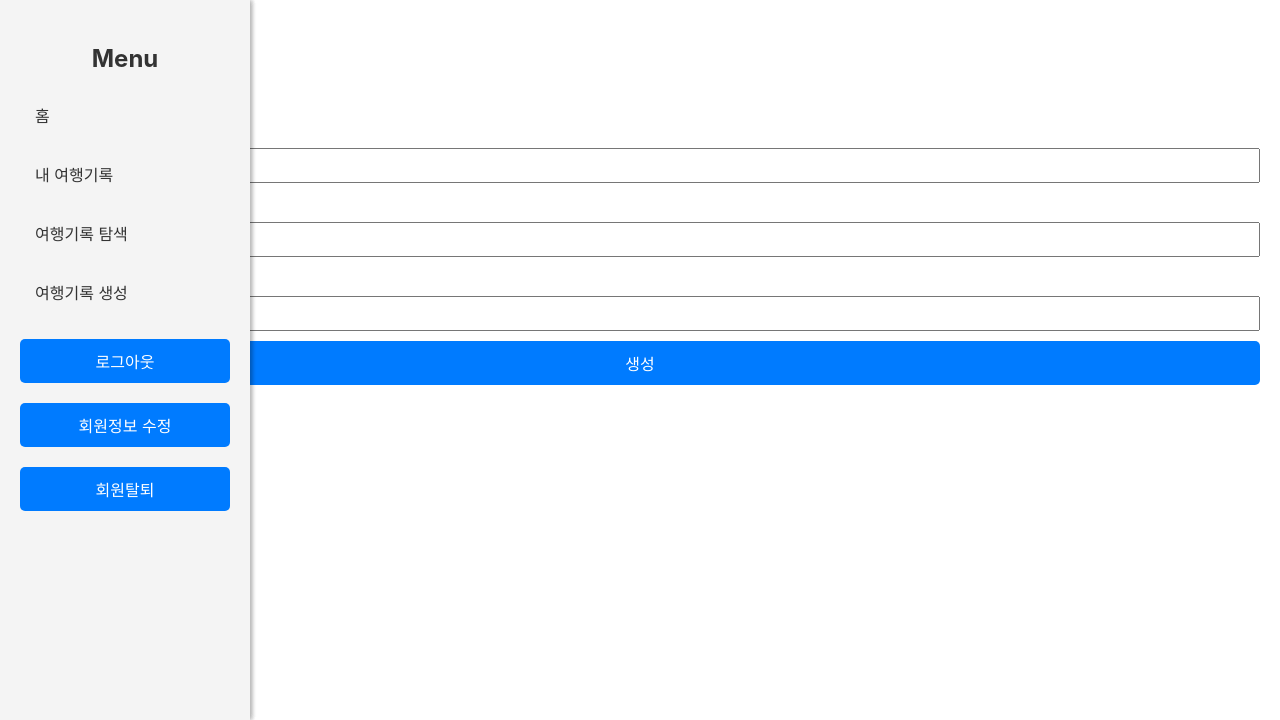
Repository: gimm5550/frontend2
Page: /register
These files come from the project's save history. The page is drawn as it stood at one moment and after the next save; the edit follows.
The browser window is 1280 px wide. The pictures show the whole page.
The project was rebuilt for these pictures with package versions that can differ from the ones it lists, and the page was loaded fresh each time. Also part of the build but not shown: src/url.js, src/components/common/KakaoLoginButton.js, src/components/FromServer.js, src/components/common/Footer.js, src/components/common/Header.js, src/components/layout/LandingPageLayout.js, src/components/LoginForm.js, src/components/layout/LoginFormLayout.js and 22 more.

Above is the page before, as saved 2024-11-20 15:30:30.

### public/index.html
<!DOCTYPE html>
<html lang="en">
  <head>
    <meta charset="utf-8" />
    <link rel="icon" href="%PUBLIC_URL%/favicon.ico" />
    <meta name="viewport" content="width=device-width, initial-scale=1" />
    <meta name="theme-color" content="#000000" />
    <meta
      name="description"
      content="Web site created using create-react-app"
    />
    <link rel="apple-touch-icon" href="%PUBLIC_URL%/logo192.png" />
    <!--
      manifest.json provides metadata used when your web app is installed on a
      user's mobile device or desktop. See https://developers.google.com/web/fundamentals/web-app-manifest/
    -->
    <link rel="manifest" href="%PUBLIC_URL%/manifest.json" />
    <!--
      Notice the use of %PUBLIC_URL% in the tags above.
      It will be replaced with the URL of the `public` folder during the build.
      Only files inside the `public` folder can be referenced from the HTML.

      Unlike "/favicon.ico" or "favicon.ico", "%PUBLIC_URL%/favicon.ico" will
      work correctly both with client-side routing and a non-root public URL.
      Learn how to configure a non-root public URL by running `npm run build`.
    -->
    <title>React App</title>
    <script src="https://developers.kakao.com/sdk/js/kakao.min.js"></script> <!-- 카카오 SDK 추가 -->
  </head>
  <body>
    <noscript>You need to enable JavaScript to run this app.</noscript>
    <div id="root"></div>
    <!--
      This HTML file is a template.
      If you open it directly in the browser, you will see an empty page.

      You can add webfonts, meta tags, or analytics to this file.
      The build step will place the bundled scripts into the <body> tag.

      To begin the development, run `npm start` or `yarn start`.
      To create a production bundle, use `npm run build` or `yarn build`.
    -->
  </body>
</html>

### src/index.js
import React from 'react';
import ReactDOM from 'react-dom/client';
import './index.css';
import App from './App';
import reportWebVitals from './reportWebVitals';
import { BrowserRouter } from 'react-router-dom';
// 카카오 SDK 초기화
if (window.Kakao) {
  window.Kakao.init("629a046bf0fa611328bd69bc1571aa3a"); // 카카오 JavaScript 키로 SDK 초기화
  console.log("Kakao SDK initialized:", window.Kakao.isInitialized());
}
const root = ReactDOM.createRoot(document.getElementById('root'));
root.render(
  <React.StrictMode>
    <BrowserRouter>
      <App />
    </BrowserRouter>
  </React.StrictMode>
);

// If you want to start measuring performance in your app, pass a function
// to log results (for example: reportWebVitals(console.log))
// or send to an analytics endpoint. Learn more: https://bit.ly/CRA-vitals
reportWebVitals();

### src/App.js
import React from 'react';
import './App.css';
import { Route, Routes, useLocation } from 'react-router-dom';
import LandingPageLayout from './components/layout/LandingPageLayout';
import routes from './routes';
import { AuthProvider } from './AuthContext'; // AuthProvider import
import MenuBar from "./components/common/MenuBar";

function App() {
  const location = useLocation(); // React Router의 useLocation 훅 사용

  const getRoutes = (allRoutes) =>
    allRoutes.map((route) => {
      if (route.route) {
        return (
          <Route
            exact
            path={route.route}
            element={route.component}
            key={route.key}
          />
        );
      }
      return null;
    });

  return (
    <div className="App">
      <AuthProvider>
        {/* Flexbox 컨테이너 */}
        <div className="layout">
          <div class="menu-bar">
            <MenuBar></MenuBar>
          </div>
          {/* 오른쪽 본문 */}
          <div className="main-content1">
            <Routes>
              {getRoutes(routes)}
              <Route path="*" element={<LandingPageLayout />} />
            </Routes>
          </div>
        </div>
      </AuthProvider>
    </div>
  );
}

export default App;

### src/App.css
/* 전체 Flexbox 레이아웃 */
.layout {
  display: flex; /* 메뉴바와 본문을 가로로 배치 */
  height: 100vh; /* 전체 화면 높이 */
  margin: 0;
  padding: 0;
  overflow: hidden; /* 스크롤바 숨김 */
}

/* 메뉴바 스타일 */
.menu-bar {
  flex-shrink: 0; /* 고정된 크기 유지 */
  width: 250px; /* 메뉴바 너비 */
  height: 100vh; /* 메뉴바 높이를 화면 전체에 맞춤 */
  background-color: #f4f4f4; /* 메뉴바 배경색 */
  box-shadow: 2px 0 5px rgba(0, 0, 0, 0.1); /* 그림자 효과 */
  overflow-y: auto; /* 스크롤 가능 */
  box-sizing: border-box; /* 패딩 포함 크기 계산 */
  position: relative; /* Flexbox 레이아웃 안에서 위치 고정 */
  z-index: 10; /* 다른 요소 위에 배치 */
}

/* 본문 영역 스타일 */
.main-content1 {
  flex: 1; /* 남은 공간을 유동적으로 채움 */
  overflow-y: auto; /* 세로 스크롤 허용 */
  padding: 20px; /* 내부 여백 */
  background-color: #ffffff; /* 본문 배경색 */
  box-sizing: border-box; /* 패딩 포함 크기 계산 */
}

/* 여백 제거 */
body, html {
  margin: 0;
  padding: 0;
  width: 100%;
  height: 100%;
}

### src/routes.js
import LoginFormLayout from "./components/layout/LoginFormLayout";
import UserDetailLayout from "./components/layout/UserDetailLayout";
import RegisterFormLayout from "./components/layout/RegisterFormLayout";
import MainListLayout from "./components/layout/MainListLayout"; // community_detail
import CommunityDetailLauout from "./components/layout/community_detailLayout";
import NewCommunityLayout from "./components/layout/NewCommunityLayout";
import CommunityViewLayout from "./components/layout/CommunityViewLayout"; // AdminClient
import AdminClientLayout from "./components/layout/AdminClientLayout";
import EditFormLayout from "./components/layout/EditFormLayout";
import GoogleMapLayout from "./components/layout/GoogleMapLayout"; // MyTravelLayout
import MyTravelLayout from "./components/layout/MyTravelLayout";
import MyTravelLayout_BypolylineId from "./components/layout/MyTravelLayout_BypolylineId";
import TravelLayout from "./components/layout/TravelLayout";
const routes = [
    {
        name:"UserDetail",
        key:"userDetail",
        route:"/user-detail/:userId",
        component:<UserDetailLayout></UserDetailLayout>
    },
    {
        name:"LoginForm",
        key:"loginForm",
        route:"/login",
        component:<LoginFormLayout></LoginFormLayout>
    },
    {
        name:"RegisterForm",
        key:"RegisterForm",
        route:"/register",
        component:<RegisterFormLayout></RegisterFormLayout>
    },
    {
        name:"MainList",
        key:"MainList",
        route:"/mainlist",
        component:<MainListLayout></MainListLayout>
    },
    {
        name:"community_detail",
        key:"community_detail",
        route:"/community_detail",
        component:<CommunityDetailLauout></CommunityDetailLauout>
    },
    {
        name:"new_community",
        key:"new_community",
        route:"/new_community",
        component:<NewCommunityLayout></NewCommunityLayout>
    },
    {
        name:"CommunityView",
        key:"CommunityView",
        route:"/CommunityView",
        component:<CommunityViewLayout></CommunityViewLayout>
    },
    {
        name: "CommunityView",
        key: "communityView",
        route: "/CommunityView/:id", // ID를 URL 매개변수로 받도록 수정
        component: <CommunityViewLayout></CommunityViewLayout>
    },
    {
        name: "AdminClient",
        key: "AdminClient",
        route: "/AdminClient/:id", // ID를 URL 매개변수로 받도록 수정
        component: <AdminClientLayout></AdminClientLayout>
    },
    {
        name: "community_detail",
        key: "community_detail",
        route: '/community_detail/:id', // ID를 URL 매개변수로 받도록 수정
        component: <CommunityDetailLauout></CommunityDetailLauout>
    },
    {
        name: "new_community",
        key: "new_community",
        route: '/new_community/:id', // ID를 URL 매개변수로 받도록 수정 `/CommunityView/${id}/${communityId}`
        component: <NewCommunityLayout></NewCommunityLayout>
    },
    {
        name: "new_community",
        key: "new_community",
        route: '/CommunityView/:id/:communityId',
        component: <CommunityViewLayout></CommunityViewLayout>
    },
    {
        name:"EditForm",
        key:"EditForm",
        route:"/edit_info",
        component:<EditFormLayout></EditFormLayout>
    },
    {
        name:"GoogleMap",
        route: "/GoogleMap",
        component: <GoogleMapLayout />, // GoogleMapLayout 컴포넌트 연결
        key: "google-map",
    },
    {
        name:"MyTravel",
        route: "/MyTravel",
        component: <MyTravelLayout />, // GoogleMapLayout 컴포넌트 연결
        key: "MyTravel",
    },
    {
        name:"MyTravel_BypolylineId",
        route: "/MyTravel/:polylineId",
        component: <MyTravelLayout_BypolylineId />, // GoogleMapLayout 컴포넌트 연결
        key: "MyTravel_BypolylineId",
    },
    {
        name:"Travel",
        route: "/Travel",
        component: <TravelLayout />, // GoogleMapLayout 컴포넌트 연결
        key: "Travel",
    },
]
export default routes;

### src/AuthContext.js
import React, { createContext, useContext, useState } from 'react';

const AuthContext = createContext();

export const AuthProvider = ({ children }) => {
    const [user, setUser] = useState(null); // 로그인한 사용자 정보를 저장할 상태

    const login = (userData) => {
        setUser(userData); // 로그인 시 사용자 정보 저장
    };

    const logout = () => {
        setUser(null); // 로그아웃 시 사용자 정보 초기화
    };

    return (
        <AuthContext.Provider value={{ user, login, logout }}>
            {children}
        </AuthContext.Provider>
    );
};

// 사용자 정보를 가져오는 커스텀 훅
export const useAuth = () => {
    return useContext(AuthContext);
};

### src/components/common/MenuBar.js
import React, { useState, useEffect } from "react";
import { Link } from "react-router-dom";
import "./MenuBar.css";
import { useNavigate } from "react-router-dom";
import api from "../../api";

const MenuBar = () => {
  const [isMenuOpen, setIsMenuOpen] = useState(true);
  const [user, setUser] = useState(null);
  const navigate = useNavigate();

  const handleLogout = () => {
    console.log("로그아웃 처리");
    localStorage.removeItem("user");
    navigate("/login");
  };

  useEffect(() => {
    const userData = JSON.parse(localStorage.getItem("user"));
    setUser(userData);
  }, []);

  const handleEditProfile = () => {
    console.log("회원정보 수정 페이지로 이동");
    navigate("/edit_info");
  };

  const handleDelete = () => {
    if (window.confirm("정말로 회원탈퇴를 하시겠습니까?")) {
      console.log("회원탈퇴 진행 중...");
      api
        .deleteUser(user.id)
        .then((response) => {
          console.log("회원탈퇴 성공:", response.data);
          alert("회원탈퇴가 완료되었습니다.");
          localStorage.removeItem("user");
          navigate("/login");
        })
        .catch((error) => {
          console.error("회원탈퇴 실패:", error);
          alert("회원탈퇴 처리 중 오류가 발생했습니다.");
        });
    }
  };

  return (
    <>
      {isMenuOpen && (
        <div className="menu-bar">
          <h3 className="menu-title">Menu</h3>
          <ul className="menu-list">
            <li className="menu-item">
              <Link to="/mainlist">홈</Link>
            </li>
            <li className="menu-item">
              <Link to="/MyTravel">내 여행기록</Link>
            </li>
            <li className="menu-item">
              <Link to="/Travel">여행기록 탐색</Link>
            </li>
            <li className="menu-item">
              <Link to="/GoogleMap">여행기록 생성</Link>
            </li>
          </ul>
          <button onClick={handleLogout}>로그아웃</button>
          <button onClick={handleEditProfile}>회원정보 수정</button>
          <button onClick={handleDelete}>회원탈퇴</button>
        </div>
      )}
    </>
  );
};

export default MenuBar;

### src/components/layout/CommonLayout.js
import Footer from "../common/Footer";
import Header from "../common/Header";
import MenuBar from "../common/MenuBar"; // MenuBar 컴포넌트 추가
// <MenuBar />
export default function CommonLayout({ children }) {
  return (
    <div className="common-layout">
      <div className="menu-bar">
        <MenuBar />
      </div>
      <div className="main-content2">
        {children}
      </div>
    </div>
  );
}

### src/components/layout/RegisterFormLayout.js
import RegisterForm from "../RegisterForm";
import CommonLayout from "./CommonLayout";

export default function RegisterFormLayout(){
    return<div>
            <CommonLayout>
                <RegisterForm></RegisterForm>
            </CommonLayout>
        </div>

}

### src/components/common/MenuBar.css
/* 전체 메뉴바 컨테이너 스타일 */
.menu-bar {
    height: 100vh; /* 화면 전체 높이 */
    background-color: #f4f4f4; /* 메뉴바 배경색 */
    box-shadow: 2px 0 5px rgba(0, 0, 0, 0.1); /* 메뉴바 그림자 */
    position: fixed; /* 왼쪽에 고정 */
    top: 0; /* 상단부터 시작 */
    left: 0; /* 왼쪽에 위치 */
    display: flex;
    flex-direction: column; /* 콘텐츠를 세로로 배치 */
    align-items: center; /* 가운데 정렬 */
    padding: 20px; /* 내부 여백 */
    box-sizing: border-box; /* 패딩을 포함한 크기 계산 */
  }

  /* 메뉴 제목 스타일 */
  .menu-title {
    font-size: 1.5rem;
    font-weight: bold;
    margin-bottom: 20px;
    color: #333;
  }

  /* 메뉴 리스트 스타일 */
  .menu-list {
    list-style: none; /* 기본 리스트 스타일 제거 */
    padding: 0;
    margin: 0;
    width: 100%; /* 전체 너비 사용 */
  }

  /* 메뉴 아이템 스타일 */
  .menu-item {
    margin-bottom: 15px; /* 각 메뉴 간격 */
  }

  .menu-item a {
    text-decoration: none; /* 링크 밑줄 제거 */
    color: #333; /* 텍스트 색상 */
    font-size: 1rem;
    display: block; /* 링크를 블록 요소로 변경 */
    padding: 10px 15px; /* 내부 여백 */
    border-radius: 5px; /* 모서리 둥글게 */
    transition: background-color 0.3s ease; /* 배경색 전환 효과 */
  }

  .menu-item a:hover {
    background-color: #ddd; /* 호버 시 배경색 변경 */
    color: #000; /* 호버 시 텍스트 색상 변경 */
  }

  /* 버튼 스타일 */
  button {
    width: 100%; /* 버튼이 메뉴바 전체 너비를 사용 */
    margin: 10px 0; /* 버튼 간격 */
    padding: 10px 15px; /* 내부 여백 */
    font-size: 1rem;
    color: #fff; /* 텍스트 색상 */
    background-color: #007bff; /* 기본 배경색 (파란색) */
    border: none; /* 테두리 제거 */
    border-radius: 5px; /* 모서리 둥글게 */
    cursor: pointer; /* 마우스 포인터 변경 */
    transition: background-color 0.3s ease; /* 배경색 전환 효과 */
  }

  button:hover {
    background-color: #0056b3; /* 호버 시 배경색 어둡게 */
  }

  /* 반응형 디자인 */
  @media (max-width: 768px) {
    .menu-bar {
      width: 200px; /* 화면이 좁을 경우 메뉴바 너비 축소 */
    }

    .menu-title {
      font-size: 1.2rem; /* 제목 크기 축소 */
    }

    button {
      font-size: 0.9rem; /* 버튼 텍스트 크기 축소 */
    }
  }

### src/components/RegisterForm.js
import React, { useState } from "react";
import { useParams, useNavigate } from "react-router-dom";
import api from '../api'; // API 호출을 위한 모듈
import AsyncStorage from "@react-native-async-storage/async-storage";

export default function RegisterForm() {
    const [username, setUsername] = useState("");
    const [password, setPassword] = useState("");
    const [confirmPassword, setConfirmPassword] = useState("");
    const navigate = useNavigate();

    const handleRegister = async () => {
        // 비밀번호 확인
        if (password !== confirmPassword) {
            alert("비밀번호가 일치하지 않습니다."); // 비밀번호 불일치 알림
            return;
        }

        try {
            // AsyncStorage에 아이디와 비밀번호 저장
            await AsyncStorage.setItem('username', username);
            await AsyncStorage.setItem('password', password);

            // API 호출하여 사용자 등록
            const response = await api.register(username, password);
            const { code, message, data } = response.data;

            if (code === 0) {
                alert("회원가입이 완료되었습니다."); // 회원가입 성공 알림
                navigate('/login'); // 로그인 페이지로 이동
            } else {
                alert("회원가입 중 오류가 발생했습니다: " + message); // 오류 알림
            }
        } catch (error) {
            console.error("회원가입 중 오류 발생:", error);
            alert("회원가입에 실패했습니다."); // 오류 발생 알림
        }
    };

    return (
        <div>
            <h1>회원가입</h1>
            <div>
                <label htmlFor="username">아이디:</label>
                <input
                    type="text"
                    id="username"
                    value={username}
                    onChange={(e) => setUsername(e.target.value)}
                />
            </div>
            <div>
                <label htmlFor="password">비밀번호:</label>
                <input
                    type="password"
                    id="password"
                    value={password}
                    onChange={(e) => setPassword(e.target.value)}
                />
            </div>
            <div>
                <label htmlFor="confirmPassword">비밀번호 확인:</label>
                <input
                    type="password"
                    id="confirmPassword"
                    value={confirmPassword}
                    onChange={(e) => setConfirmPassword(e.target.value)}
                />
            </div>
            <button onClick={handleRegister}>생성</button>
        </div>
    );
}

### src/MainList.css
table {
    width: 100%;
    border-collapse: collapse; /* 경계선 겹치지 않도록 설정 */
}

th, td {
    border: 1px solid #ccc; /* 테두리 색상 */
    padding: 10px; /* 여백 */
    text-align: left; /* 왼쪽 정렬 */
}

th {
    background-color: #f4f4f4; /* 헤더 배경색 */
}

tr:hover {
    background-color: #f1f1f1; /* 마우스 오버 시 배경색 */
}
.popup-overlay {
    position: fixed;
    top: 0;
    left: 0;
    right: 0;
    bottom: 0;
    background: rgba(0, 0, 0, 0.5); /* 반투명 배경 */
    display: flex;
    justify-content: center;
    align-items: center;
    z-index: 1000; /* 다른 요소들 위에 위치하게 */
}

.popup {
    background: white;
    padding: 20px;
    border-radius: 5px;
    box-shadow: 0 2px 10px rgba(0, 0, 0, 0.1);
}

label {
    display: block;
    margin-bottom: 10px;
}

input {
    width: 100%;
    padding: 8px;
    margin-top: 5px;
    box-sizing: border-box; /* padding 포함해서 사이즈 조정 */
}
/* MainList.css */

/* 전체 컨테이너 스타일 */
.community-view {
    max-width: 800px; /* 최대 너비 */
    margin: 20px auto; /* 중앙 정렬 */
    padding: 20px; /* 안쪽 여백 */
    border: 1px solid #e0e0e0; /* 테두리 */
    border-radius: 8px; /* 모서리 둥글게 */
    background-color: #ffffff; /* 배경색 */
    box-shadow: 0 2px 10px rgba(0, 0, 0, 0.1); /* 그림자 */
}

/* 제목 스타일 */
.community-view h1 {
    font-size: 2rem; /* 큰 제목 크기 */
    color: #333; /* 제목 색상 */
    margin-bottom: 15px; /* 아래 여백 */
}

/* 부제목 스타일 */
.community-view h2 {
    font-size: 1.5rem; /* 부제목 크기 */
    color: #555; /* 부제목 색상 */
    margin: 10px 0; /* 위아래 여백 */
}

/* 본문 스타일 */
.community-view p {
    font-size: 1rem; /* 본문 크기 */
    color: #666; /* 본문 색상 */
    line-height: 1.5; /* 줄 간격 */
    margin-bottom: 20px; /* 아래 여백 */
}

/* 댓글 목록 스타일 */
.community-view ul {
    list-style-type: none; /* 기본 목록 스타일 제거 */
    padding: 0; /* 기본 여백 제거 */
}

.community-view li {
    background-color: #f9f9f9; /* 댓글 배경 색상 */
    border: 1px solid #e0e0e0; /* 댓글 테두리 */
    border-radius: 5px; /* 댓글 모서리 둥글게 */
    padding: 10px; /* 댓글 안쪽 여백 */
    margin-bottom: 10px; /* 댓글 사이 여백 */
}

/* 댓글 작성 입력창 스타일 */
.community-view input[type="text"] {
    width: 100%; /* 너비 100% */
    padding: 10px; /* 안쪽 여백 */
    border: 1px solid #ccc; /* 테두리 */
    border-radius: 5px; /* 모서리 둥글게 */
    margin-bottom: 10px; /* 아래 여백 */
}

/* 댓글 추가 버튼 스타일 */
.community-view button {
    padding: 10px 15px; /* 안쪽 여백 */
    background-color: #4CAF50; /* 버튼 배경 색상 */
    color: white; /* 글자 색상 */
    border: none; /* 테두리 없음 */
    border-radius: 5px; /* 모서리 둥글게 */
    cursor: pointer; /* 마우스 커서 */
    transition: background-color 0.3s; /* 배경 색상 변화 효과 */
}

.community-view button:hover {
    background-color: #45a049; /* 호버 시 색상 변화 */
}

/* 오류 메시지 스타일 */
.error-message {
    color: red; /* 오류 메시지 색상 */
    font-weight: bold; /* 굵게 */
    margin-bottom: 15px; /* 아래 여백 */
}

/* MainList.css */

/* 전체 컨테이너 스타일 */
.admin-client-container {
    display: flex;
    justify-content: space-between;
    padding: 20px;
}

/* 각 목록 박스 스타일 */
.client-box {
    flex: 1;
    margin: 0 10px; /* 좌우 여백 */
    border: 1px solid #ccc;
    border-radius: 8px;
    padding: 15px;
    background-color: #f9f9f9; /* 연한 배경색 */
    box-shadow: 0 2px 4px rgba(0, 0, 0, 0.1); /* 그림자 효과 */
}

/* 제목 스타일 */
.client-box h2 {
    text-align: center;
    color: #333; /* 제목 색상 */
}

/* 목록 아이템 스타일 */
.client-item {
    display: flex;
    justify-content: space-between;
    align-items: center;
    padding: 8px 0; /* 위아래 여백 */
    border-bottom: 1px solid #eee; /* 구분선 */
}

/* 마지막 아이템 구분선 제거 */
.client-item:last-child {
    border-bottom: none;
}

/* 버튼 스타일 */
.client-item button {
    background-color: #007bff; /* 버튼 색상 */
    color: white;
    border: none;
    border-radius: 5px;
    padding: 5px 10px;
    cursor: pointer;
    transition: background-color 0.3s; /* 색상 변화 효과 */
}

.client-item button:hover {
    background-color: #0056b3; /* 호버 시 색상 변화 */
}

/* 오류 메시지 스타일 */
.error-message {
    color: red; /* 오류 메시지 색상 */
    text-align: center; /* 가운데 정렬 */
    margin-bottom: 10px; /* 아래쪽 여백 */
}

Loaded but not shown: src/index.css (common file); src/reportWebVitals.js (common file); src/api.js (245 lines, source omitted)

After the next save:
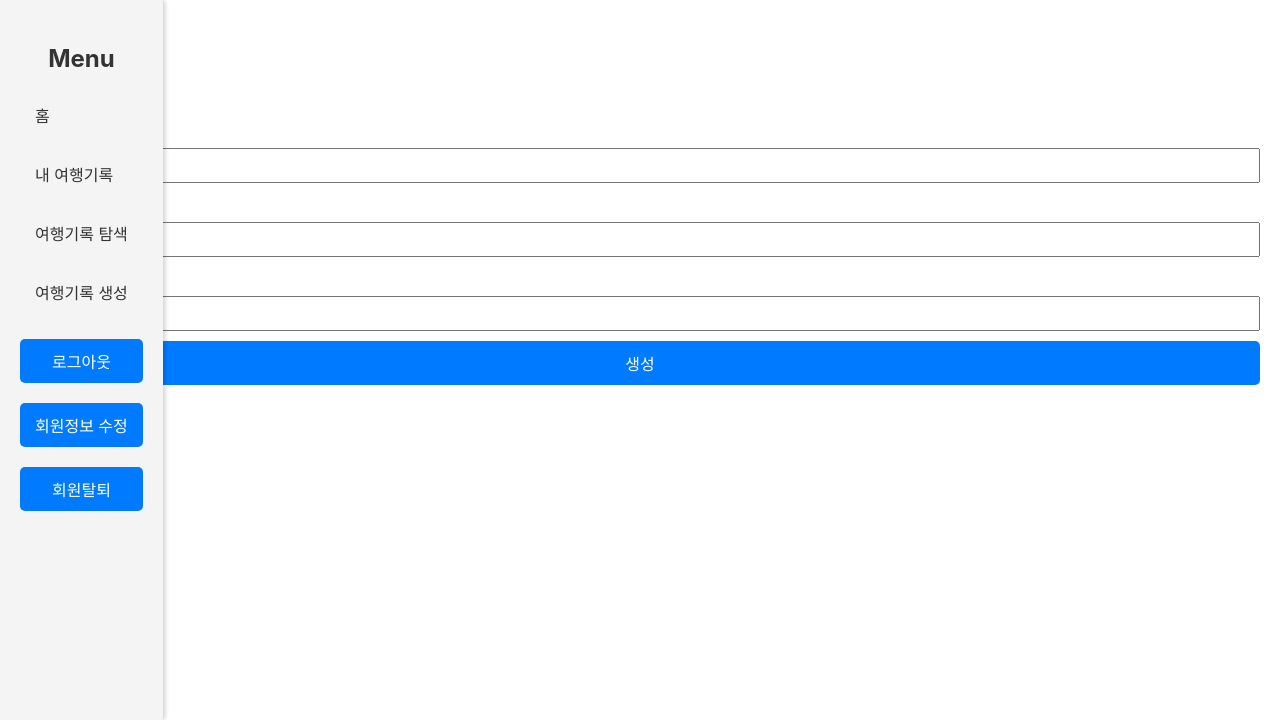
Saved 20 s later.
--- a/src/App.css
+++ b/src/App.css
@@ -10,7 +10,7 @@
 /* 메뉴바 스타일 */
 .menu-bar {
   flex-shrink: 0; /* 고정된 크기 유지 */
-  width: 250px; /* 메뉴바 너비 */
+  /* width: 250px; 메뉴바 너비 */
   height: 100vh; /* 메뉴바 높이를 화면 전체에 맞춤 */
   background-color: #f4f4f4; /* 메뉴바 배경색 */
   box-shadow: 2px 0 5px rgba(0, 0, 0, 0.1); /* 그림자 효과 */

After the save that followed:
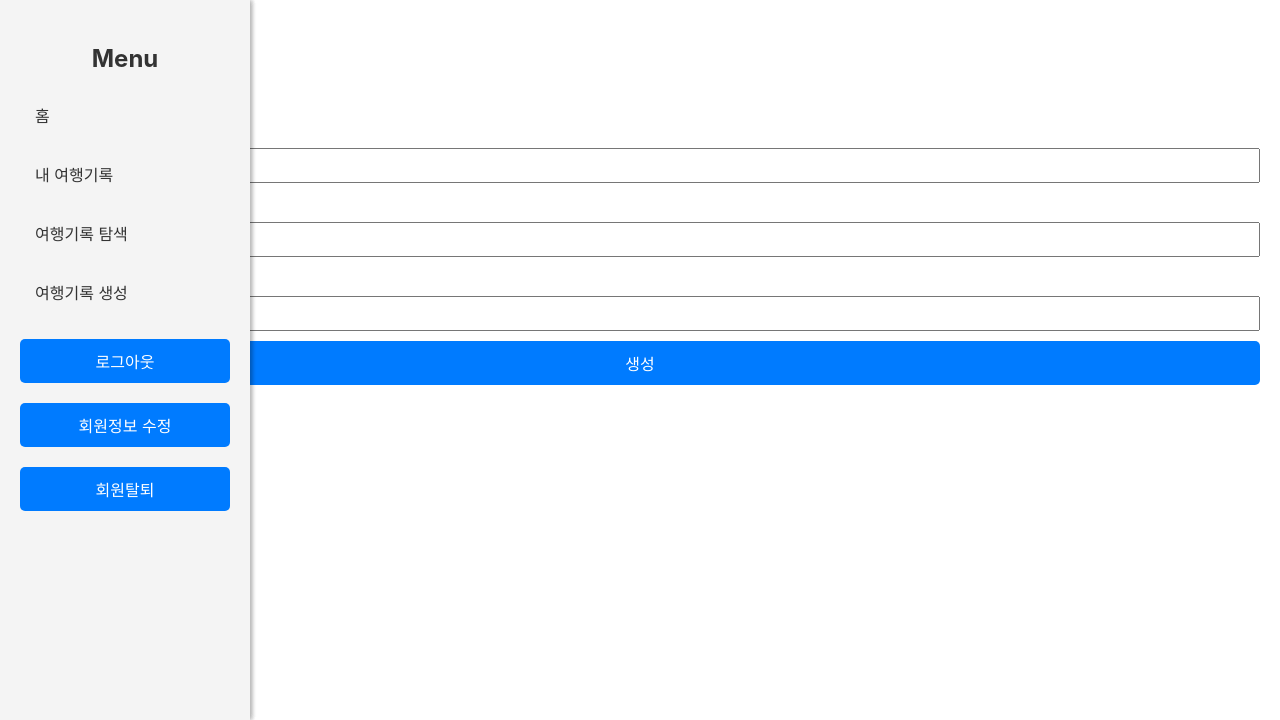
Saved 25 s later.
--- a/src/App.css
+++ b/src/App.css
@@ -10,7 +10,7 @@
 /* 메뉴바 스타일 */
 .menu-bar {
   flex-shrink: 0; /* 고정된 크기 유지 */
-  /* width: 250px; 메뉴바 너비 */
+  width: 250px; //메뉴바 너비
   height: 100vh; /* 메뉴바 높이를 화면 전체에 맞춤 */
   background-color: #f4f4f4; /* 메뉴바 배경색 */
   box-shadow: 2px 0 5px rgba(0, 0, 0, 0.1); /* 그림자 효과 */
